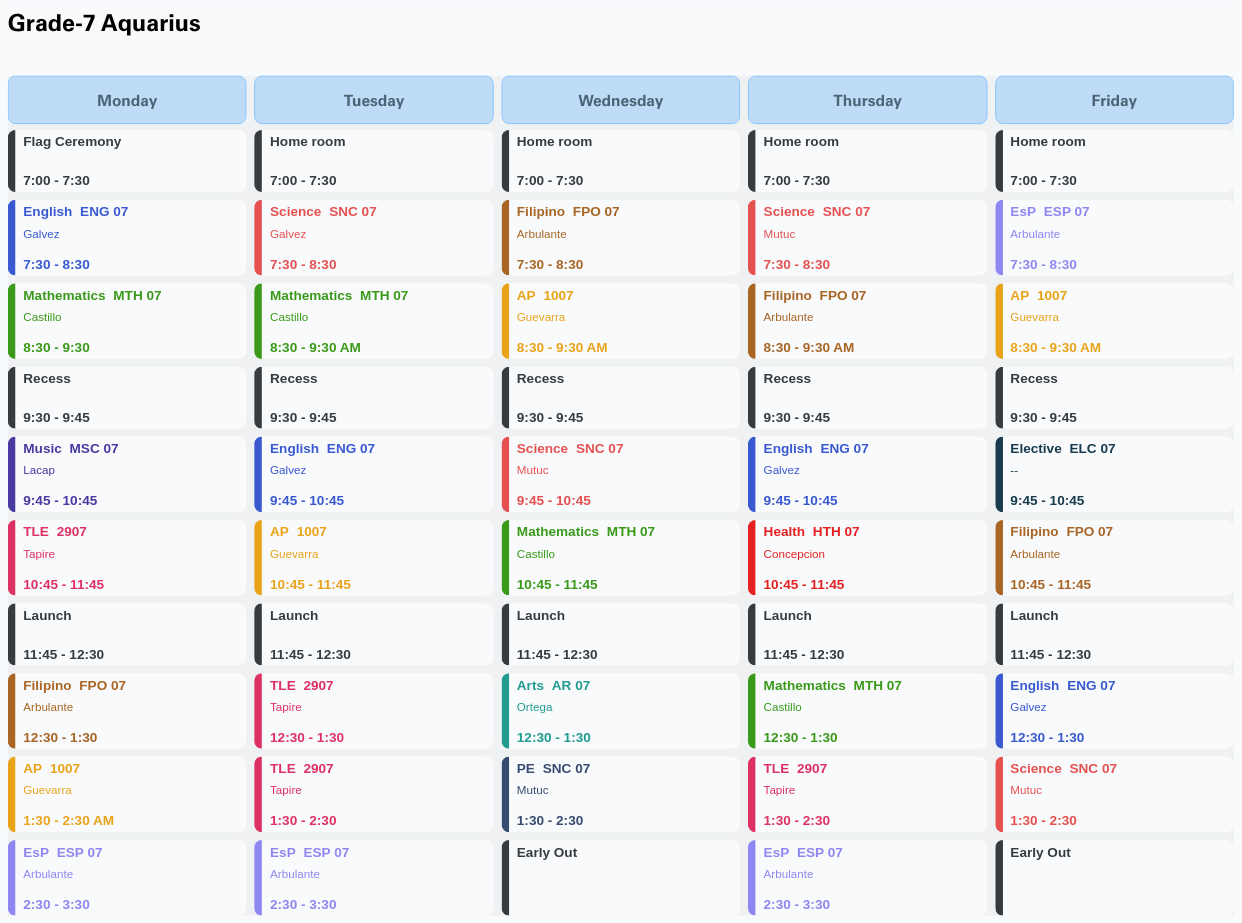
Repository: kentdrlo/prototype
Page: timetable.html
An editor plug-in stored every save of this project. The page is shown before and after the next save, followed by the edit.
The browser window is 1280 px wide. The pictures show the whole page, at 97% of full size.
An inner scrolling area shows only its first screen.

Above is the page before, as saved 2025-05-29 09:21:02.

After the next save:
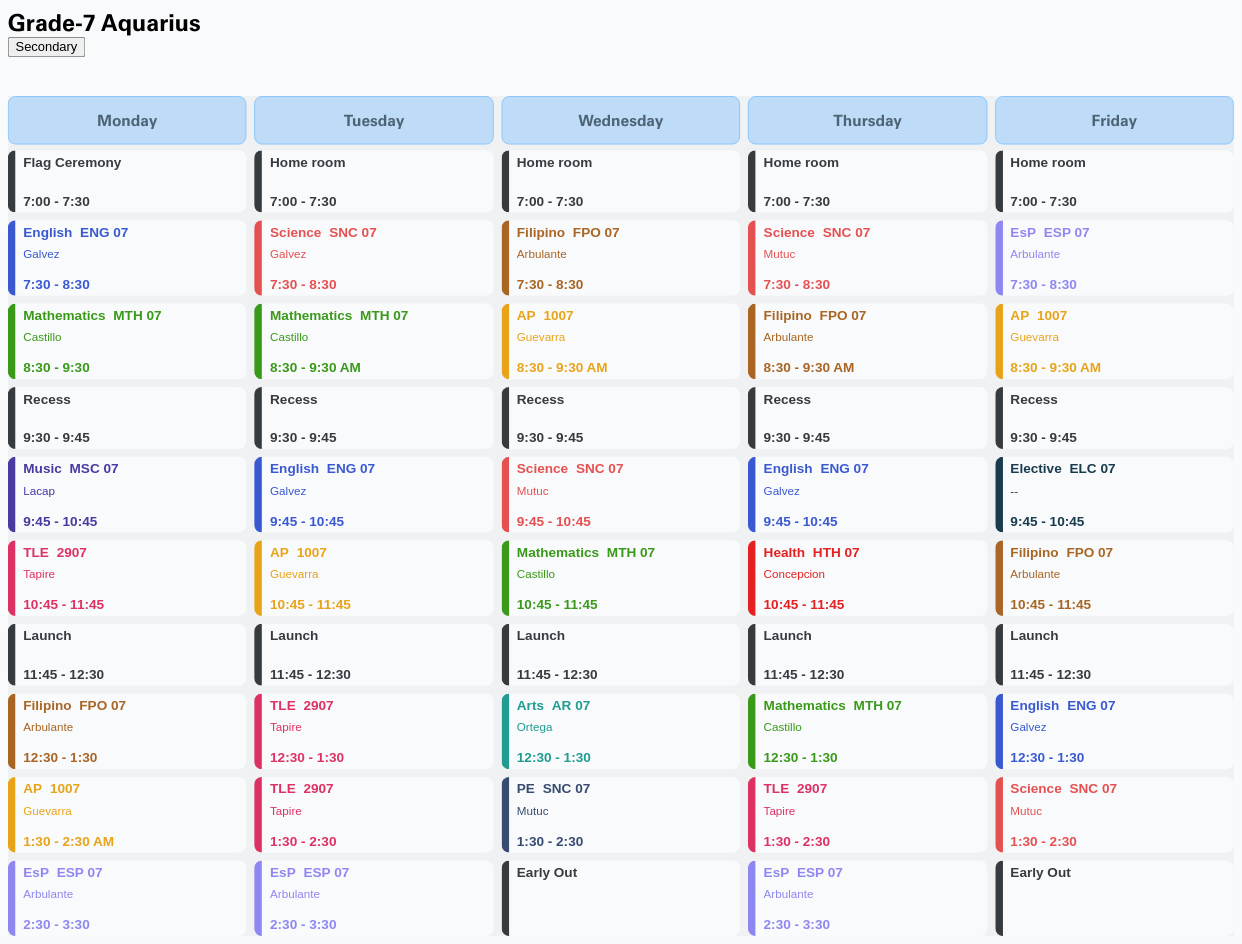
Saved 39 s later.
--- a/timetable.html
+++ b/timetable.html
@@ -4,8 +4,8 @@
     <div class="col">
       <div class="top-settings">
         <div class="top-settings-wrapper">
-        <div class="schedule-name">Grade-7 Aquarius</div>
-        <div class="primary btn-button"></div>
+          <div class="schedule-name">Grade-7 Aquarius</div>
+          <button type="button" class="btn btn-secondary">Secondary</button>
         </div>
       </div>
     </div>
